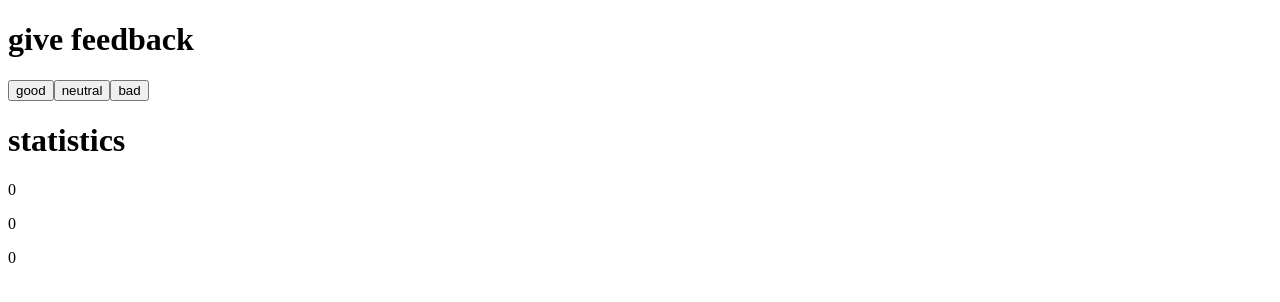
Repository: mariocapitbrok/helsinki-fullstack
Page: / (app in part1/unicafe/)
The author's editor kept a copy of each file at every save. The page is drawn from the files as they stood at one save, then again after the next save.
The browser window is 1280 px wide. The pictures show the whole page.
The project was rebuilt for these pictures with package versions that can differ from the ones it lists, and the page was loaded fresh each time.

Above is the page before, as saved 2022-01-09 06:42:04.

### part1/unicafe/src/App.js
import React, { useState } from 'react'

const Button = ({ onClick, text }) => <button onClick={onClick}>{text}</button>

const App = () => {
  const [good, setGood] = useState(0)
  const [neutral, setNeutral] = useState(0)
  const [bad, setBad] = useState(0)

  return (
    <div>
      <h1>give feedback</h1>
      <button onClick={() => setGood(good + 1)}>good</button>
      <button onClick={() => setNeutral(neutral + 1)}>neutral</button>
      <button onClick={() => setBad(bad + 1)}>bad</button>
      <h1>statistics</h1>
      <p>{good}</p>
      <p>{neutral}</p>
      <p>{bad}</p>
    </div>
  )
}

export default App

Loaded but not shown: part1/unicafe/public/index.html (common file); part1/unicafe/src/index.js (common file)

After the next save:
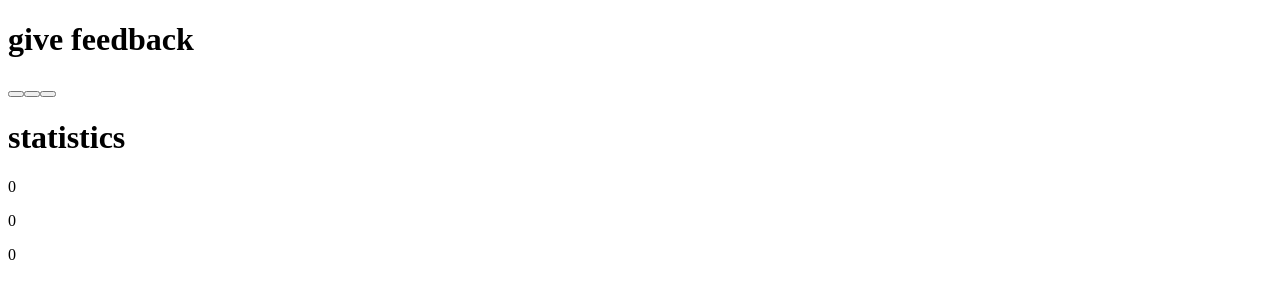
Saved 97 s later.
--- a/part1/unicafe/src/App.js
+++ b/part1/unicafe/src/App.js
@@ -10,9 +10,9 @@
   return (
     <div>
       <h1>give feedback</h1>
-      <button onClick={() => setGood(good + 1)}>good</button>
-      <button onClick={() => setNeutral(neutral + 1)}>neutral</button>
-      <button onClick={() => setBad(bad + 1)}>bad</button>
+      <button onClick={() => setGood(good + 1)} text="good" />
+      <button onClick={() => setNeutral(neutral + 1)} text="neutral" />
+      <button onClick={() => setBad(bad + 1)} text="bad" />
       <h1>statistics</h1>
       <p>{good}</p>
       <p>{neutral}</p>

After the save that followed:
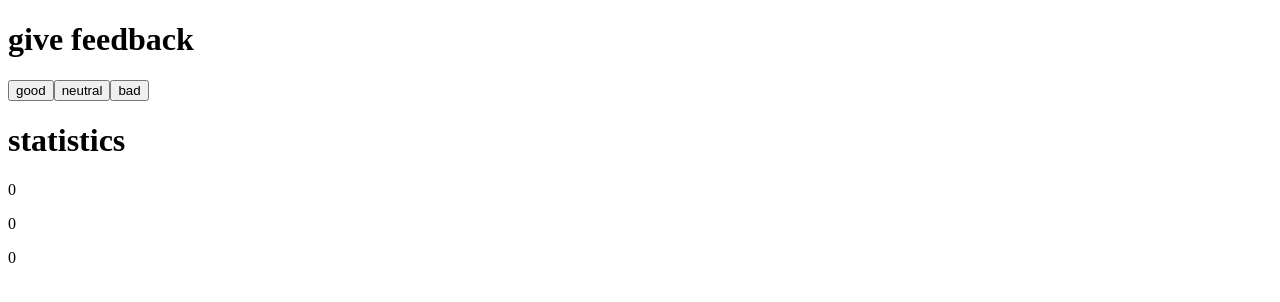
Saved 20 s later.
--- a/part1/unicafe/src/App.js
+++ b/part1/unicafe/src/App.js
@@ -10,9 +10,9 @@
   return (
     <div>
       <h1>give feedback</h1>
-      <button onClick={() => setGood(good + 1)} text="good" />
-      <button onClick={() => setNeutral(neutral + 1)} text="neutral" />
-      <button onClick={() => setBad(bad + 1)} text="bad" />
+      <Button onClick={() => setGood(good + 1)} text="good" />
+      <Button onClick={() => setNeutral(neutral + 1)} text="neutral" />
+      <Button onClick={() => setBad(bad + 1)} text="bad" />
       <h1>statistics</h1>
       <p>{good}</p>
       <p>{neutral}</p>
